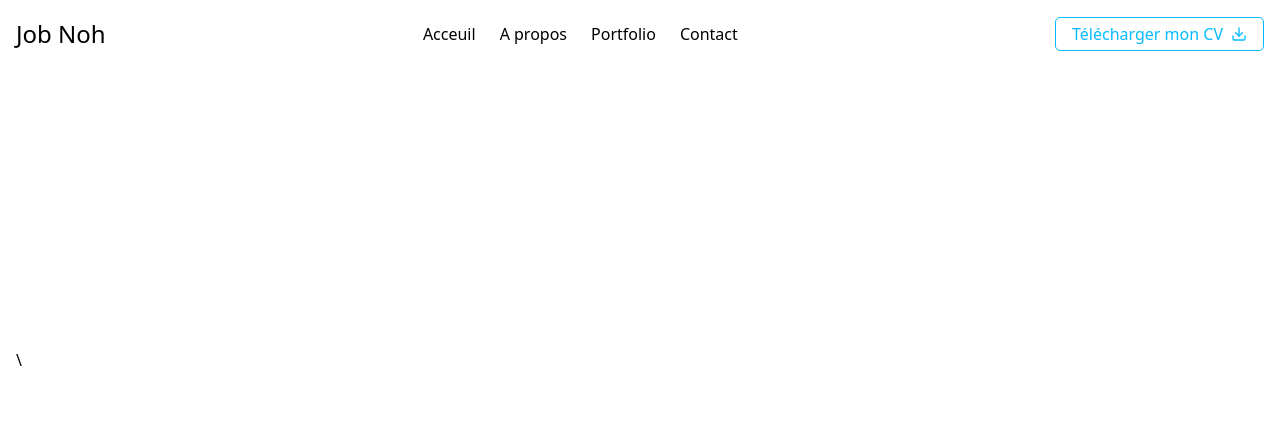
Repository: anoy1010/Nextportfolio
Page: /
These files come from the project's save history. The page is drawn as it stood at one moment and after the next save; the edit follows.
The browser window is 1280 px wide. The pictures show the whole page.
The project was rebuilt for these pictures with package versions that can differ from the ones it lists, and the page was loaded fresh each time. The framework's server and built-in components were replaced by stand-ins that run in the browser. Also part of the build but not shown: next.config.js, styles/Home.module.css.

Above is the page before, as saved 2023-03-06 16:11:59.

### pages/index.js
import Head from 'next/head'
import Image from 'next/image'
import { Inter } from '@next/font/google'
import styles from '../styles/Home.module.css'
import Navbar from '../components/Navbar'
import Hero from '../components/Hero'
const inter = Inter({ subsets: ['latin'] })

export default function Home() {
  return (
    <>
      <Head>
        <title>Portfolio | Noh Job</title>
        <meta name="description" content="Generated by create next app" />
        <meta name="viewport" content="width=device-width, initial-scale=1" />
        <link rel="icon" href="/favicon.ico" />
      </Head>

      <header>
        < Navbar />
      </header>

      <main>
        <Hero />
      </main>

    </>
  )
}

### components/Navbar.js
import Link from 'next/link'
import React from 'react'
import {FiDownload} from 'react-icons/fi'
import {RiMenu5Line} from 'react-icons/ri'

const Navbar = () => {
  return (
    <div className='bg-white fixed top-0 w-[100%] z-10 '>
        <div className='container mx-auto flex justify-between items-center py-4 px-4'>
            <div className='text-[24px]'>Job Noh</div>

            <div className='hidden md:flex gap-6'>

                <Link href='/Acceuil' className='hover:text-[#04bbff]'>
                    Acceuil
                </Link>
                <Link href='/A propos' className='hover:text-[#04bbff]' >
                    A propos
                </Link>
                <Link href='/Portfolio' className='hover:text-[#04bbff]'>
                    Portfolio
                </Link>
                <Link href='/Contact' className='hover:text-[#04bbff]'>
                    Contact
                </Link>



            </div>

            <a href='#' className='hidden  md:flex border border-[#04bbff] px-4 py-1 text-[#04bbff] rounded-[5px] items-center gap-2 hover:bg-[#04bbff] hover:text-white transition duration-200 '>
                Télécharger mon CV
                <FiDownload/>
                </a>

            <div className='md:hidden text-[24px] '>
                <RiMenu5Line/>
            </div>
        </div>
    </div>
  )
}

export default Navbar

### components/Hero.js
import React from 'react'

const Hero = () => {
  return (
    <div className='bg-[url("")] h-screen bg-cover bg-center bg-fixed flex items-center'>
        <div className='container mx-auto px-4'>\
            <div className='max-x-[450px] text-[#04bbff] flex flex-col gap-[40px]'>
                <div>
                    <h1 className='text-5xl'>

                    </h1>
                </div>

            </div>

        </div>
    </div>
  )
}

export default Hero

Loaded but not shown: pages/_app.js (common file); pages/_document.js (common file); styles/globals.css (common file); tailwind.config.js (common file)

After the next save:
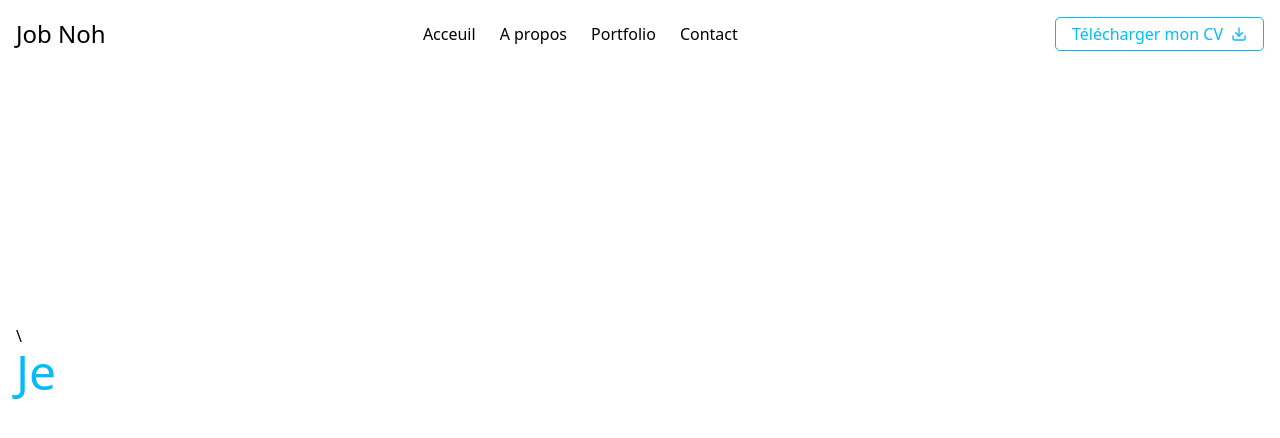
Saved 6 s later.
--- a/components/Hero.js
+++ b/components/Hero.js
@@ -7,7 +7,7 @@ const Hero = () => {
             <div className='max-x-[450px] text-[#04bbff] flex flex-col gap-[40px]'>
                 <div>
                     <h1 className='text-5xl'>
-
+                        Je
                     </h1>
                 </div>
 
